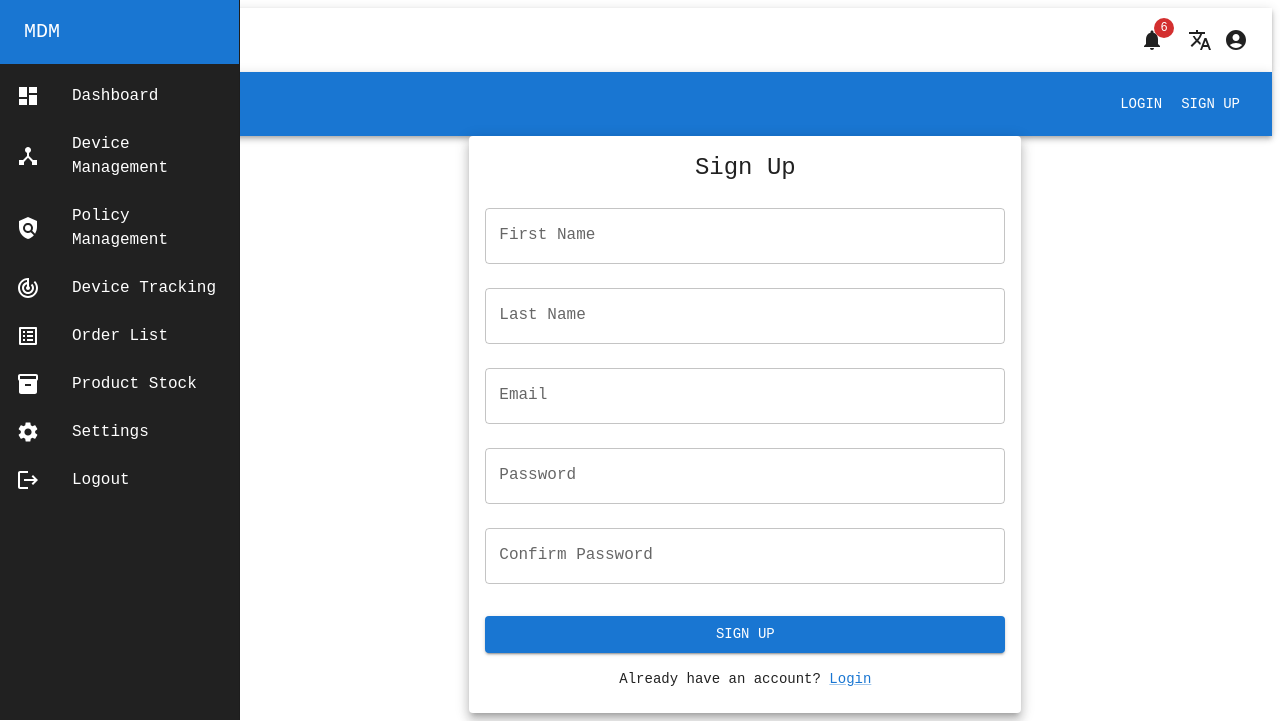
Repository: aalsbr/MDM_FRONTEND
Page: /signup
An editor plug-in stored every save of this project. The page is shown before and after the next save, followed by the edit.
The browser window is 1280 px wide. The pictures show the whole page.
The project was rebuilt for these pictures with package versions that can differ from the ones it lists, and the page was loaded fresh each time. Also part of the build but not shown: src/screens/Dashboard.js, src/screens/DeviceManagement.js, src/screens/PolicyManagement.js, src/screens/DeviceTracking.js, src/screens/OrderList.js, src/screens/ProductStock.js, src/screens/Settings.js, src/screens/LogOff.js and 2 more.

Above is the page before, as saved 2024-04-29 22:29:27.

### src/App.js
import React from 'react';
import { BrowserRouter as Router, Route, Routes, NavLink } from 'react-router-dom';
import { Box, List, ListItem, ListItemText, Toolbar, Grid, AppBar , Drawer, IconButton, Typography, Button } from '@mui/material';
import Dashboard from './screens/Dashboard';
import DeviceManagement from './screens/DeviceManagement';
import PolicyManagement from './screens/PolicyManagement';
import DeviceTracking from './screens/DeviceTracking';
import OrderList from './screens/OrderList';
import ProductStock from './screens/ProductStock';
import Settings from './screens/Settings';
import LogOff from './screens/LogOff';
import LoginForm from './screens/LoginForm';
import SignupForm from './screens/SignupForm';
import PasswordResetForm from './screens/PasswordResetForm';
import NavBar from './screens/Navbar';
import MenuIcon from '@mui/icons-material/Menu';
import DashboardIcon from '@mui/icons-material/Dashboard';
import DeviceHubIcon from '@mui/icons-material/DeviceHub'; // Replace with actual icon for Device Management
import PolicyIcon from '@mui/icons-material/Policy'; // Replace with actual icon for Policy Management
import TrackChangesIcon from '@mui/icons-material/TrackChanges'; // Replace with actual icon for Device Tracking
import ListAltIcon from '@mui/icons-material/ListAlt'; // Replace with actual icon for Order List
import InventoryIcon from '@mui/icons-material/Inventory';
import { blue, green } from '@mui/material/colors';
import SettingsIcon from '@mui/icons-material/Settings';
import LogoutIcon from '@mui/icons-material/Logout';
import ListItemIcon from '@mui/material/ListItemIcon';
import { createTheme, ThemeProvider } from '@mui/material/styles';

const drawerWidth = 240;

const theme = createTheme({
    typography: {
      fontFamily: '"Fira Code", monospace',
    },
  });

function App() {
    const handleLogin = (credentials) => {
        // handle login
    };

    const handleSignup = (credentials) => {
        // handle signup
    };

    const handlePasswordReset = (email) => {
        // handle password reset
    };

    return (
        <ThemeProvider theme={theme}>

        <Router>
            <Grid container>
                <Grid item xs={12}>
                    <NavBar />
                </Grid>
                <Grid item xs={2}>
                    <Drawer
                        variant="permanent"
                        sx={{
                            width: drawerWidth,
                            flexShrink: 0,
                            '& .MuiDrawer-paper': {
                                width: drawerWidth,
                                boxSizing: 'border-box',
                                backgroundColor: '#212121', // Drawer background color
                                color: 'white' // Text color
                            },
                        }}
                    >
                        <Toolbar sx={{ backgroundColor: blue[700], color: 'white' }}>
                            <Typography variant="h6" noWrap component="div">
                                MDM
                            </Typography>
                        </Toolbar>
                        <List>
                            {['Dashboard', 'Device Management', 'Policy Management', 'Device Tracking', 'Order List', 'Product Stock', 'Settings', 'Logout'].map((text, index) => (
                                <ListItem button key={text} component={NavLink} to={`/${text.toLowerCase().replace(/\s+/g, '-')}`}
                                    sx={{ '&.active': { backgroundColor: blue[500] } }}>
                                    <ListItemIcon>
                                        {/* You will replace this switch statement with the actual icons you want to use */}
                                        {index === 0 && <DashboardIcon sx={{ color: 'white' }} />}
                                        {index === 1 && <DeviceHubIcon  sx={{ color: 'white' }}/>}
                                        {index === 2 && <PolicyIcon sx={{ color: 'white' }} />}
                                        {index === 3 && <TrackChangesIcon  sx={{ color: 'white' }}/>}
                                        {index === 4 && <ListAltIcon  sx={{ color: 'white' }}/>}
                                        {index === 5 && <InventoryIcon  sx={{ color: 'white' }}/>}
                                        {index === 6 && <SettingsIcon  sx={{ color: 'white' }}/>}
                                        {index === 7 && <LogoutIcon  sx={{ color: 'white' }}/>}
                                        {/* ... other icons */}
                                    </ListItemIcon>
                                    <ListItemText primary={text} />
                                </ListItem>
                            ))}
                        </List>
                    </Drawer>
                </Grid>
                <Grid item xs={10}>
                    <Routes>
                        <Route path="/dashboard" element={<Dashboard />} />
                        <Route path="/device-management" element={<DeviceManagement />} />
                        <Route path="/policy-management" element={<PolicyManagement />} />
                        <Route path="/device-tracking" element={<DeviceTracking />} />
                        <Route path="/order-list" element={<OrderList />} />
                        <Route path="/product-stock" element={<ProductStock />} />
                        <Route path="/settings" element={<Settings />} />
                        <Route path="/logoff" element={<LogOff />} />
                        <Route path="/login" element={<LoginForm onLogin={handleLogin} />} />
                        <Route path="/signup" element={<SignupForm onSignup={handleSignup} />} />
                        <Route path="/reset-password" element={<PasswordResetForm onPasswordReset={handlePasswordReset} />} />
                    </Routes>
                </Grid>
            </Grid>
        </Router>
        </ThemeProvider>

    );
}

export default App;

### src/screens/SignupForm.js
import React, { useState } from 'react';
import { Button, TextField, Card, CardContent, Container, Typography, Link, Snackbar } from '@mui/material';
import { blue } from '@mui/material/colors';
import { Link as RouterLink, useNavigate } from 'react-router-dom';
import MuiAlert from '@mui/material/Alert';

function Alert(props) {
  return <MuiAlert elevation={6} variant="filled" {...props} />;
}

function SignupForm({ onSignup }) {
  const [email, setEmail] = useState('');
  const [password, setPassword] = useState('');
  const [confirmPassword, setConfirmPassword] = useState('');
  const [firstName, setFirstName] = useState('');
  const [lastName, setLastName] = useState('');
  const [open, setOpen] = useState(false);
  const [errorMessage, setErrorMessage] = useState('');
  const navigate = useNavigate();

  const handleSubmit = async (event) => {
    event.preventDefault();
    if (password === confirmPassword) {
      const response = await fetch('/auth/register', {
        method: 'POST',
        headers: {
          'Content-Type': 'application/json',
          'Authorization': 'Bearer dsfsd'
        },
        body: JSON.stringify({
          email: email,
          password: password,
          first_name: firstName,
          last_name: lastName
        })
      });

      if (!response.ok) {
        const message = await response.text();
        setErrorMessage(message);
        setOpen(true);
      } else {
        onSignup({ email, password });
        navigate('/login'); // Redirect to login page on successful signup
      }
    } else {
      setErrorMessage("Passwords don't match!");
      setOpen(true);
    }
  };

  const handleClose = (event, reason) => {
    if (reason === 'clickaway') {
      return;
    }

    setOpen(false);
  };

  return (
    <Container maxWidth="sm">
      <Card raised>
        <CardContent>
          <Typography variant="h5" align="center" gutterBottom>
            Sign Up
          </Typography>
          <form onSubmit={handleSubmit}>
            <TextField
              label="First Name"
              variant="outlined"
              margin="normal"
              fullWidth
              value={firstName}
              onChange={(e) => setFirstName(e.target.value)}
            />
            <TextField
              label="Last Name"
              variant="outlined"
              margin="normal"
              fullWidth
              value={lastName}
              onChange={(e) => setLastName(e.target.value)}
            />
            <TextField
              label="Email"
              variant="outlined"
              margin="normal"
              fullWidth
              value={email}
              onChange={(e) => setEmail(e.target.value)}
            />
            <TextField
              label="Password"
              variant="outlined"
              margin="normal"
              fullWidth
              type="password"
              value={password}
              onChange={(e) => setPassword(e.target.value)}
            />
            <TextField
              label="Confirm Password"
              variant="outlined"
              margin="normal"
              fullWidth
              type="password"
              value={confirmPassword}
              onChange={(e) => setConfirmPassword(e.target.value)}
            />
            <Button
              type="submit"
              fullWidth
              variant="contained"
              color="primary"
              sx={{ mt: 3, mb: 2, backgroundColor: blue[700] }}
            >
              Sign Up
            </Button>
          </form>
          <Typography variant="body2" align="center">
            Already have an account? <Link component={RouterLink} to="/login">Login</Link>
          </Typography>
        </CardContent>
      </Card>
      <Snackbar open={open} autoHideDuration={6000} onClose={handleClose}>
        <Alert onClose={handleClose} severity="error">
          {errorMessage}
        </Alert>
      </Snackbar>
    </Container>
  );
}

export default SignupForm;

### src/screens/Navbar.js
import React from 'react';
import AppBar from '@mui/material/AppBar';
import Toolbar from '@mui/material/Toolbar';
import IconButton from '@mui/material/IconButton';
import Typography from '@mui/material/Typography';
import InputBase from '@mui/material/InputBase';
import Badge from '@mui/material/Badge';
import MenuItem from '@mui/material/MenuItem';
import Menu from '@mui/material/Menu';
import { styled, alpha } from '@mui/material/styles';
import MenuIcon from '@mui/icons-material/Menu';
import SearchIcon from '@mui/icons-material/Search';
import AccountCircle from '@mui/icons-material/AccountCircle';
import NotificationsIcon from '@mui/icons-material/Notifications';
import MoreIcon from '@mui/icons-material/MoreVert';
import TranslateIcon from '@mui/icons-material/Translate';
import { Box } from '@mui/material';
import { Link as RouterLink } from 'react-router-dom';
import MailIcon from '@mui/icons-material/Mail';
import Button from '@mui/material/Button';

const Search = styled('div')(({ theme }) => ({
  position: 'relative',
  borderRadius: theme.shape.borderRadius,
  backgroundColor: alpha(theme.palette.common.white, 0.15),
  '&:hover': {
    backgroundColor: alpha(theme.palette.common.white, 0.25),
  },
  marginRight: theme.spacing(2),
  marginLeft: 0,
  width: '100%',
  [theme.breakpoints.up('sm')]: {
    marginLeft: theme.spacing(3),
    width: 'auto',
  },
}));

const SearchIconWrapper = styled('div')(({ theme }) => ({
  padding: theme.spacing(0, 2),
  height: '100%',
  position: 'absolute',
  pointerEvents: 'none',
  display: 'flex',
  alignItems: 'center',
  justifyContent: 'center',
}));

const StyledInputBase = styled(InputBase)(({ theme }) => ({
  color: 'inherit',
  '& .MuiInputBase-input': {
    padding: theme.spacing(1, 1, 1, 0),
    // Vertical padding + font size from searchIcon
    paddingLeft: `calc(1em + ${theme.spacing(4)})`,
    transition: theme.transitions.create('width'),
    width: '100%',
    [theme.breakpoints.up('md')]: {
      width: '20ch',
    },
  },
}));

const StyledAppBar = styled(AppBar)(({ theme }) => ({
  backgroundColor: theme.palette.background.paper,
  color: theme.palette.text.primary,
}));

function NavBar() {
  // State and handlers for the profile menu and mobile menu
  const [profileAnchorEl, setProfileAnchorEl] = React.useState(null);
  const [mobileMoreAnchorEl, setMobileMoreAnchorEl] = React.useState(null);

  const isProfileMenuOpen = Boolean(profileAnchorEl);
  const isMobileMenuOpen = Boolean(mobileMoreAnchorEl);

  const handleProfileMenuOpen = (event) => {
    setProfileAnchorEl(event.currentTarget);
  };

  const handleMobileMenuClose = () => {
    setMobileMoreAnchorEl(null);
  };

  const handleMenuClose = () => {
    setProfileAnchorEl(null);
    handleMobileMenuClose();
  };

  const handleMobileMenuOpen = (event) => {
    setMobileMoreAnchorEl(event.currentTarget);
  };

  // Profile menu
  const menuId = 'primary-search-account-menu';
  const renderProfileMenu = (
    <Menu
      anchorEl={profileAnchorEl}
      anchorOrigin={{
        vertical: 'top',
        horizontal: 'right',
      }}
      id={menuId}
      keepMounted
      transformOrigin={{
        vertical: 'top',
        horizontal: 'right',
      }}
      open={isProfileMenuOpen}
      onClose={handleMenuClose}
    >
      <MenuItem onClick={handleMenuClose}>Profile</MenuItem>
      <MenuItem onClick={handleMenuClose}>My account</MenuItem>
    </Menu>
  );

  // Mobile menu
  const mobileMenuId = 'primary-search-account-menu-mobile';
  const renderMobileMenu = (
    <Menu
      anchorEl={mobileMoreAnchorEl}
      anchorOrigin={{
        vertical: 'top',
        horizontal: 'right',
      }}
      id={mobileMenuId}
      keepMounted
      transformOrigin={{
        vertical: 'top',
        horizontal: 'right',
      }}
      open={isMobileMenuOpen}
      onClose={handleMobileMenuClose}
    >
      <MenuItem>
        <IconButton size="large" aria-label="show 4 new mails" color="inherit">
          <Badge badgeContent={4} color="error">
            <MailIcon />
          </Badge>
        </IconButton>
        <p>Messages</p>
      </MenuItem>
      <MenuItem>
        <IconButton
                  size="large"
          aria-label="show 17 new notifications"
          color="inherit"
        >
          <Badge badgeContent={17} color="error">
            <NotificationsIcon />
          </Badge>
        </IconButton>
        <p>Notifications</p>
      </MenuItem>
      <MenuItem onClick={handleProfileMenuOpen}>
        <IconButton
          size="large"
          edge="end"
          aria-label="account of current user"
          aria-controls={menuId}
          aria-haspopup="true"
          color="inherit"
        >
          <AccountCircle />
        </IconButton>
        <p>Profile</p>
      </MenuItem>
    </Menu>
  );

  return (
    <Box sx={{ flexGrow: 1 }}>
      <StyledAppBar position="static">
        <Toolbar>
          <IconButton
            size="large"
            edge="start"
            color="inherit"
            aria-label="open drawer"
            sx={{ mr: 2 }}
          >
            <MenuIcon />
          </IconButton>
          <Search>
            <SearchIconWrapper>
              <SearchIcon />
            </SearchIconWrapper>
            <StyledInputBase
              placeholder="Search…"
              inputProps={{ 'aria-label': 'search' }}
            />
          </Search>
          <Box sx={{ flexGrow: 1 }} />
          <Box sx={{ display: { xs: 'none', md: 'flex' } }}>
            <IconButton size="large" color="inherit">
              <Badge badgeContent={6} color="error">
                <NotificationsIcon />
              </Badge>
            </IconButton>
            <IconButton
              size="large"
              edge="end"
              aria-label="language selection"
              color="inherit"
            >
              <TranslateIcon />
            </IconButton>
            <IconButton
              size="large"
              edge="end"
              aria-label="account of current user"
              aria-controls={menuId}
              aria-haspopup="true"
              onClick={handleProfileMenuOpen}
              color="inherit"
            >
              <AccountCircle />
            </IconButton>
          </Box>
          <Box sx={{ display: { xs: 'flex', md: 'none' } }}>
            <IconButton
              size="large"
              aria-label="show more"
              aria-controls={mobileMenuId}
              aria-haspopup="true"
              onClick={handleMobileMenuOpen}
              color="inherit"
            >
              <MoreIcon />
            </IconButton>
          </Box>
        </Toolbar>
      </StyledAppBar>
      {renderMobileMenu}
      {renderProfileMenu}
      <AppBar position="static">
        <Toolbar>
          <Typography variant="h6" component="div" sx={{ flexGrow: 1 }}>
            App Name
          </Typography>
          <Button color="inherit" component={RouterLink} to="/login">
            Login
          </Button>
          <Button color="inherit" component={RouterLink} to="/signup">
            Sign Up
          </Button>
        </Toolbar>
      </AppBar>
    </Box>
  );
}

export default NavBar;

Loaded but not shown: public/index.html (common file); src/index.js (common file)

After the next save:
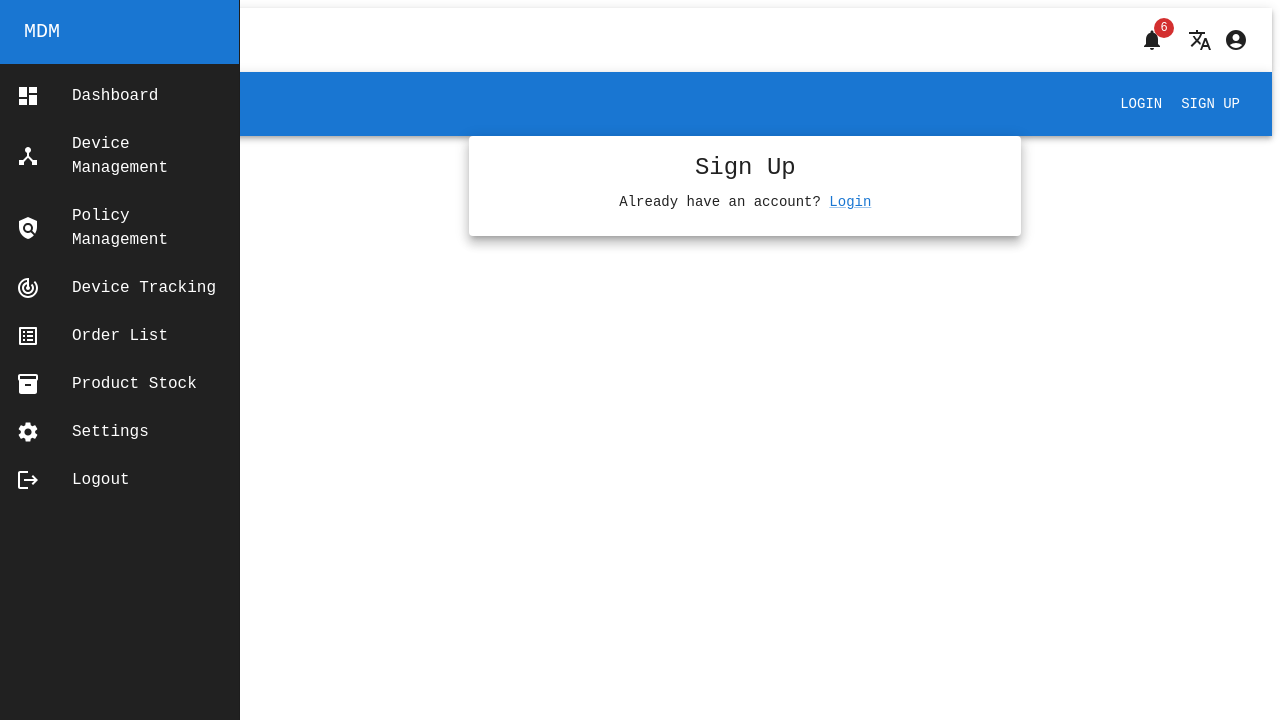
Saved 89 s later.
--- a/src/screens/SignupForm.js
+++ b/src/screens/SignupForm.js
@@ -1,5 +1,5 @@
 import React, { useState } from 'react';
-import { Button, TextField, Card, CardContent, Container, Typography, Link, Snackbar } from '@mui/material';
+import { Button, TextField, Card, CardContent, Container, Typography, Link, Snackbar, Box } from '@mui/material';
 import { blue } from '@mui/material/colors';
 import { Link as RouterLink, useNavigate } from 'react-router-dom';
 import MuiAlert from '@mui/material/Alert';
@@ -21,7 +21,7 @@ function SignupForm({ onSignup }) {
   const handleSubmit = async (event) => {
     event.preventDefault();
     if (password === confirmPassword) {
-      const response = await fetch('/auth/register', {
+      const response = await fetch('http://host.docker.internal:8080/auth/register', {
         method: 'POST',
         headers: {
           'Content-Type': 'application/json',
@@ -65,68 +65,20 @@ function SignupForm({ onSignup }) {
             Sign Up
           </Typography>
           <form onSubmit={handleSubmit}>
-            <TextField
-              label="First Name"
-              variant="outlined"
-              margin="normal"
-              fullWidth
-              value={firstName}
-              onChange={(e) => setFirstName(e.target.value)}
-            />
-            <TextField
-              label="Last Name"
-              variant="outlined"
-              margin="normal"
-              fullWidth
-              value={lastName}
-              onChange={(e) => setLastName(e.target.value)}
-            />
-            <TextField
-              label="Email"
-              variant="outlined"
-              margin="normal"
-              fullWidth
-              value={email}
-              onChange={(e) => setEmail(e.target.value)}
-            />
-            <TextField
-              label="Password"
-              variant="outlined"
-              margin="normal"
-              fullWidth
-              type="password"
-              value={password}
-              onChange={(e) => setPassword(e.target.value)}
-            />
-            <TextField
-              label="Confirm Password"
-              variant="outlined"
-              margin="normal"
-              fullWidth
-              type="password"
-              value={confirmPassword}
-              onChange={(e) => setConfirmPassword(e.target.value)}
-            />
-            <Button
-              type="submit"
-              fullWidth
-              variant="contained"
-              color="primary"
-              sx={{ mt: 3, mb: 2, backgroundColor: blue[700] }}
-            >
-              Sign Up
-            </Button>
+            {/* Your form fields */}
           </form>
           <Typography variant="body2" align="center">
             Already have an account? <Link component={RouterLink} to="/login">Login</Link>
           </Typography>
         </CardContent>
       </Card>
-      <Snackbar open={open} autoHideDuration={6000} onClose={handleClose}>
-        <Alert onClose={handleClose} severity="error">
-          {errorMessage}
-        </Alert>
-      </Snackbar>
+      <Box mt={2} sx={{ overflow: 'hidden' }}>
+        <Snackbar open={open} autoHideDuration={6000} onClose={handleClose}>
+          <Alert onClose={handleClose} severity="error">
+            {errorMessage}
+          </Alert>
+        </Snackbar>
+      </Box>
     </Container>
   );
 }
